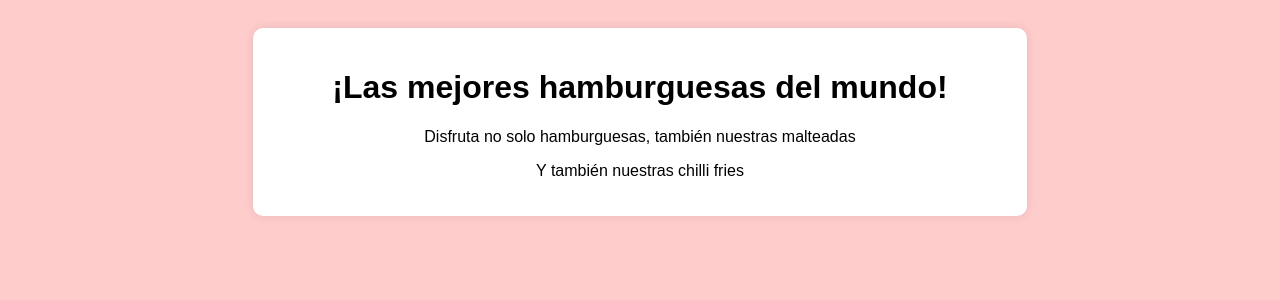
Repository: Andres250602/auth.django
Page: http://localhost/
The author's editor kept a copy of each file at every save. The page is drawn from the files as they stood at one save, then again after the next save.
The browser window is 1280 px wide. The pictures show the whole page.
The page is served by the project's application, run on Django 5.2 (manage.py). Other server files are loaded and not shown.

Above is the page before, as saved 2024-04-05 12:01:55.

### myapp/views.py
from django.http import HttpResponse

def hello(request):
    """
    Retorna una respuesta HTTP con un mensaje centrado y estilizado que dice
    '¡Las mejores hamburguesas del mundo!', y algunos textos adicionales.
    """
    message = """
    <!DOCTYPE html>
    <html lang="es">
    <head>
        <meta charset="UTF-8">
        <meta name="viewport" content="width=device-width, initial-scale=1.0">
        <title>Afro Burger</title>
        <style>
            body {
                font-family: Arial, sans-serif;
                text-align: center;
                background-color: #ffcccc;
                padding: 20px;
            }
            .content {
                background-color: #ffff;
                padding: 20px;
                border-radius: 10px;
                box-shadow: 0 0 10px rgba(0, 0, 0, 0.1);
                width: 60%;
                margin: 0 auto;
            }
        </style>
    </head>
    <body>
        <div class="content">
            <h1>¡Las mejores hamburguesas del mundo!</h1>
            <p>Disfruta no solo hamburguesas, también nuestras malteadas</p>
            <p>Y también nuestras chilli fries</p>
        </div>
    </body>
    </html>
    """
    return HttpResponse(message)

### mysite/urls.py
"""
URL configuration for mysite project.

The `urlpatterns` list routes URLs to views. For more information please see:
    https://docs.djangoproject.com/en/5.0/topics/http/urls/
Examples:
Function views
    1. Add an import:  from my_app import views
    2. Add a URL to urlpatterns:  path('', views.home, name='home')
Class-based views
    1. Add an import:  from other_app.views import Home
    2. Add a URL to urlpatterns:  path('', Home.as_view(), name='home')
Including another URLconf
    1. Import the include() function: from django.urls import include, path
    2. Add a URL to urlpatterns:  path('blog/', include('blog.urls'))
"""
from django.contrib import admin
from django.urls import path
from myapp.views import hello
urlpatterns = [
    path('admin/', admin.site.urls),
    path ('', hello)
]

After the next save:
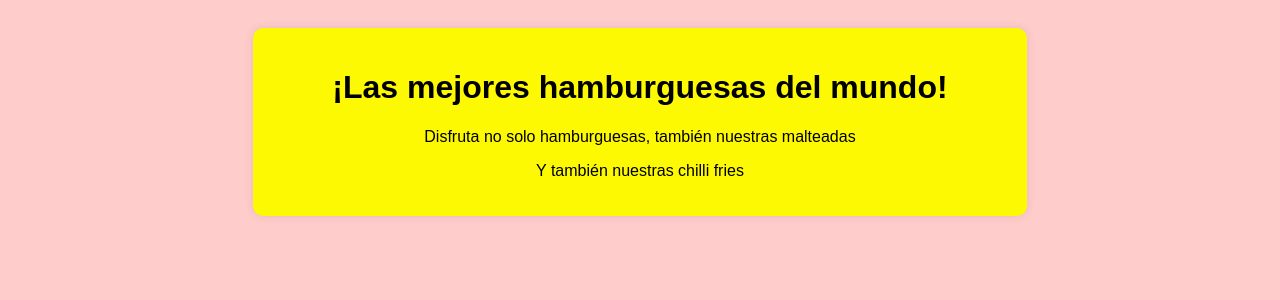
Saved 5 min 0 s later.
--- a/myapp/views.py
+++ b/myapp/views.py
@@ -20,7 +20,7 @@ def hello(request):
                 padding: 20px;
             }
             .content {
-                background-color: #ffff;
+                background-color: #FDF903;
                 padding: 20px;
                 border-radius: 10px;
                 box-shadow: 0 0 10px rgba(0, 0, 0, 0.1);
